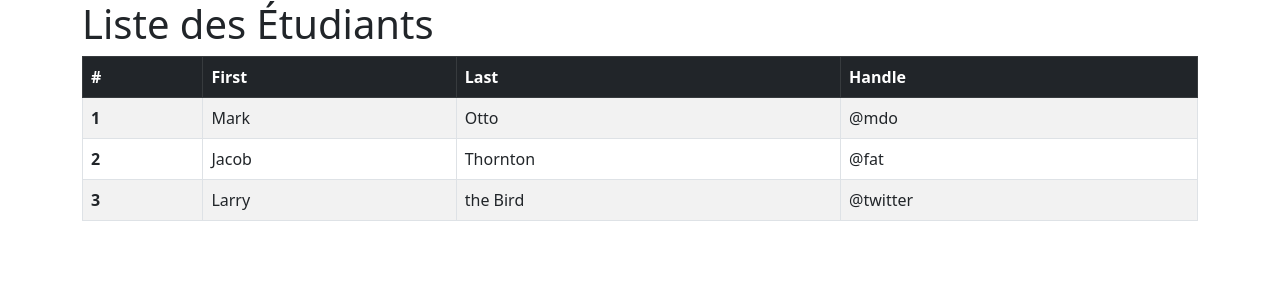
Repository: daniel10027/DJ-Spring
Page: http://localhost/students
The author's editor kept a copy of each file at every save. The page is drawn from the files as they stood at one save, then again after the next save.
The browser window is 1280 px wide. The pictures show the whole page.
The page is this project's Thymeleaf template; nobody is signed in. The template is opened directly, without the code that normally fills it, so the values that code supplies are empty.

Above is the page before, as saved 2022-07-02 10:40:24.

After the next save:
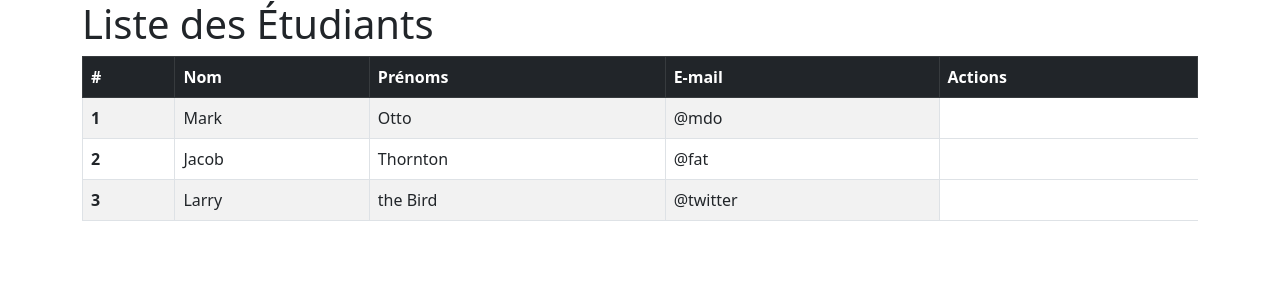
Saved 33 s later.
--- a/student-management-system/src/main/resources/templates/students.html
+++ b/student-management-system/src/main/resources/templates/students.html
@@ -16,9 +16,10 @@
 		  <thead class="table-dark">
 		    <tr>
 		      <th scope="col">#</th>
-		      <th scope="col">First</th>
-		      <th scope="col">Last</th>
-		      <th scope="col">Handle</th>
+		      <th scope="col">Nom</th>
+		      <th scope="col">Prénoms</th>
+		      <th scope="col">E-mail</th>
+		      <th scope="col">Actions</th>
 		    </tr>
 		  </thead>
 		  <tbody>
